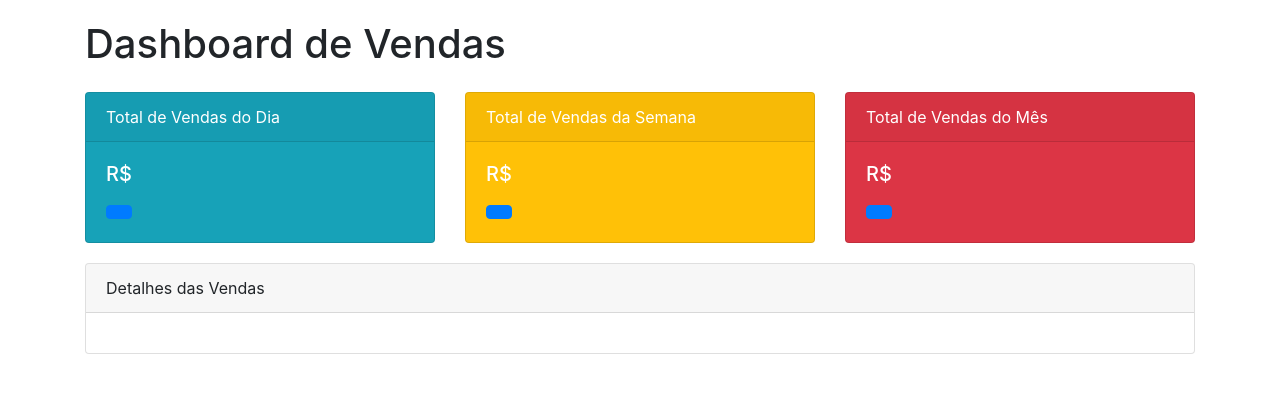
Repository: joaobatistafrontend/vendas_produto
Page: templates/dashboard.html
These files come from the project's save history. The page is drawn as it stood at one moment and after the next save; the edit follows.
The browser window is 1280 px wide. The pictures show the whole page.
The template is drawn by Django 5.2. The application's start-up code is not run. The template is opened directly, without the code that normally fills it, so the values that code supplies are empty.

Above is the page before, as saved 2024-08-04 16:01:12.

After the next save:
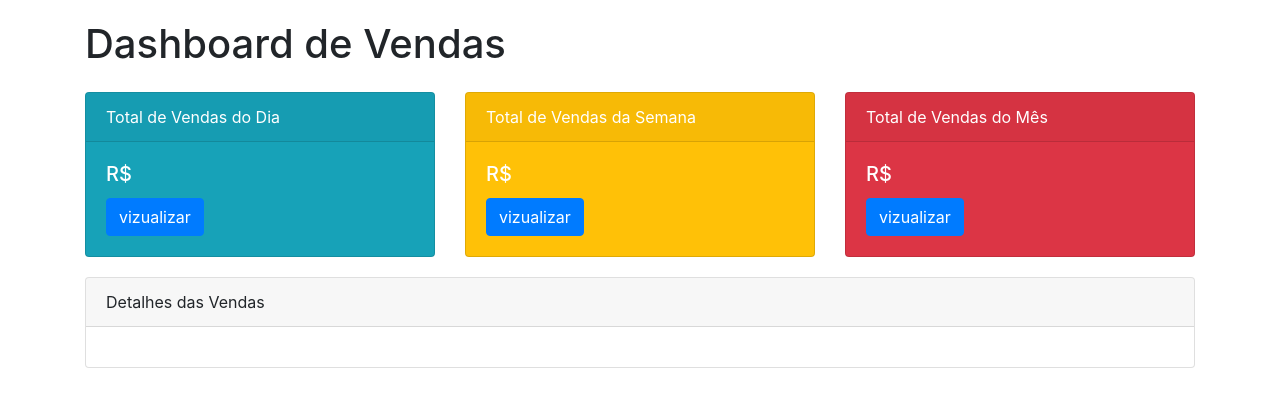
Saved 6 s later.
--- a/templates/dashboard.html
+++ b/templates/dashboard.html
@@ -33,7 +33,7 @@
                     <div class="card-header">Total de Vendas do Dia</div>
                     <div class="card-body">
                         <h5 class="card-title">R${{ total_dia }}</h5>
-                        <button class="btn btn-primary"></button>
+                        <button class="btn btn-primary">vizualizar</button>
                     </div>
                 </div>
             </div>
@@ -43,7 +43,7 @@
                     <div class="card-header">Total de Vendas da Semana</div>
                     <div class="card-body">
                         <h5 class="card-title">R${{ total_semana }}</h5>
-                        <button class="btn btn-primary"></button>
+                        <button class="btn btn-primary">vizualizar</button>
                     </div>
                 </div>
             </div>
@@ -53,7 +53,7 @@
                     <div class="card-header">Total de Vendas do Mês</div>
                     <div class="card-body">
                         <h5 class="card-title">R${{ total_mes }}</h5>
-                        <button class="btn btn-primary"></button>
+                        <button class="btn btn-primary">vizualizar</button>
                     </div>
                 </div>
             </div>
